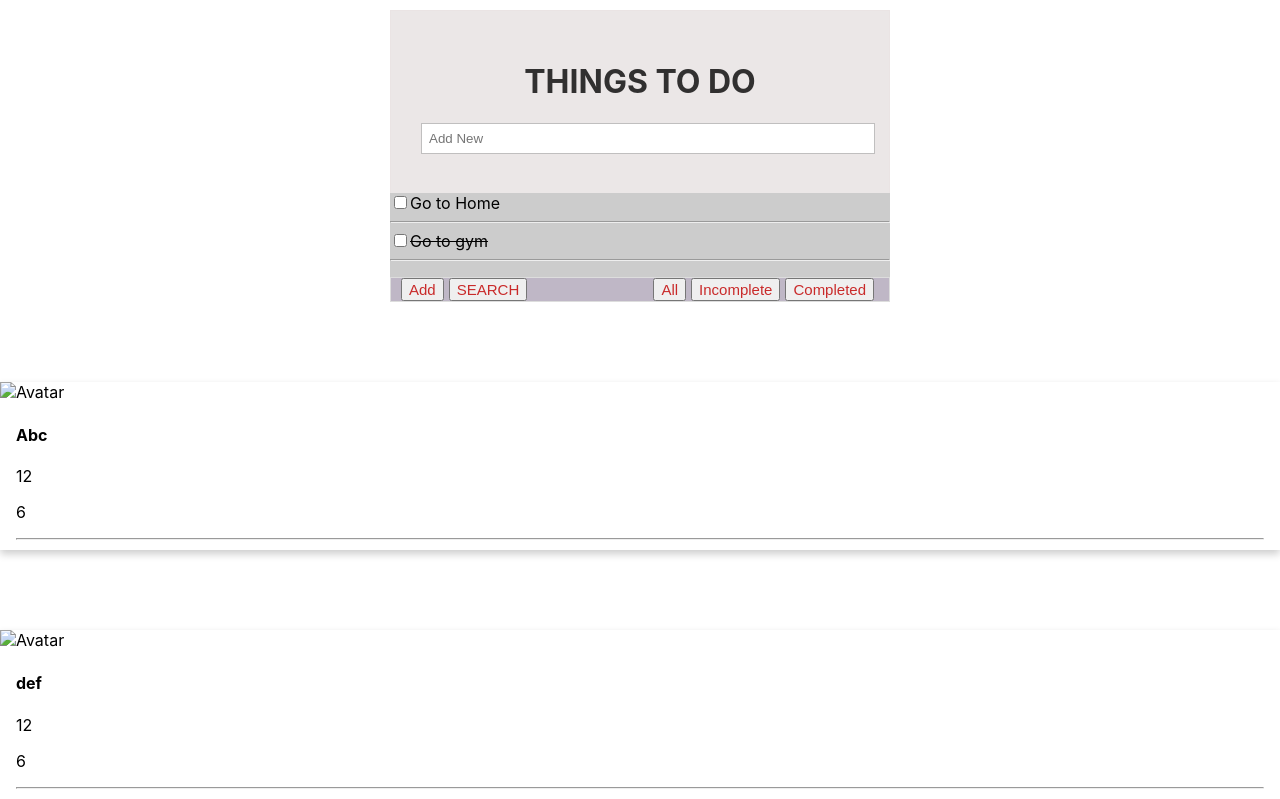
Repository: kirangautam45/To-Do-Application
Page: /
These files come from the project's save history. The page is drawn as it stood at one moment and after a run of saves; the edit follows.
The browser window is 1280 px wide. The pictures show the whole page.
The project was rebuilt for these pictures with package versions that can differ from the ones it lists, and the page was loaded fresh each time.

Above is the page before, as saved 2022-08-12 10:57:48.

### src/App.js
import "./App.css";
import Tittle from "./components/Tittle";
import Input from "./components/Input";
import ToDoItem from "./components/ToDoItem";
import Footer from "./components/Footer";
import Cards from "./components/cards";

const todos = [
  {
    task: "Go to Home",
    isCompleted: false,
  },
  {
    task: "Go to gym",
    isCompleted: true,
  },
];
const studentName = [
  { name: "Abc", rollNumber: 12, class: 6, },
  { name: "def", rollNumber: 12, class: 6 },
];

function App() {
  return (
    <>
      <div div className="Body">
        <div className="To_Body">
          <Tittle />
          <Input />
        </div>
        {todos.map((item, index) => (
          <ToDoItem
            key={index}
            title={item.task}
            isCompleted={item.isCompleted}
          />
        ))}
        <Footer />
      </div>

      {studentName.map((student,index)=>(
        <Cards
        key ={index}
        name={student.name}
        roll={student.rollNumber}
        class={student.class}

        />
      ))
      }

    </>
  );
}

export default App;

### src/App.css
.Body {
  background-color: #ccc;
 width: 500px;
 margin: 10px auto;
display: 'flex';

}
.Header{
  text-align: center;
  color:rgb(49, 48, 48);
}
.To_Body{
min-height: fit-content;
justify-content: center;
background-color: #ebe7e7;
padding: 30px;
border: 1px rgb(234, 228, 228);
    border-top-style: none;
    border-right-style: none;
    border-left-style: none;
border-style: solid solid none;
}
.Input_text{
  outline: none;
  width: 100%;
  padding: 7px;
  border: 1px solid  rgb(192, 191, 191);
  margin-bottom: 2%;
}
.Icon{
  justify-content:space-evenly;
  height: auto;
  flex-direction: row;
justify-content: space-between;
border: 1px solid #ddd;
background-color: #bfb7c6;
padding: 12px 20px;
text-decoration: line-through;
margin: 1em auto;
display: flex;
justify-content: space-between;
padding: 0 10px;
}

.Icon_right{
text-align: right;
flex-direction: row;

}
.Icon_button {
  height:auto;
  width: auto;
  align-items: left;
  color: rgb(201, 42, 42);
  font-size: 15px;
  margin-right: 5px;
  cursor: pointer;
  height: 1;
  padding: 5;
}
.Border{
  line-break: auto 1 ;
  border-radius: 1rem;
}
.Text{
  text-decoration: line-through;
    text-decoration-line: line-through;
    text-decoration-style: solid;
    text-decoration-color: currentcolor;
    text-decoration-thickness: auto;
}
.card {
  /* Add shadows to create the "card" effect */
  box-shadow: 0 4px 8px 0 rgba(0,0,0,0.2);
  transition: 0.3s;
  width: 18 rem;
  margin-block-start: 5rem;
}

/* On mouse-over, add a deeper shadow */
.card:hover {
  box-shadow: 0 8px 16px 0 rgba(0,0,0,0.2);
}

/* Add some padding inside the card container */
.container {
  padding: 2px 16px;
}

### src/components/Tittle.js
import React from 'react'

const Tittle = () => {
  return (
    <div>
      <h1 className="Header"> THINGS TO DO</h1>
    </div>
  )
}

export default Tittle

### src/components/Input.js
import React from 'react'

const Input = () => {
  return (
    <div>
      <input className="Input_text" placeholder="Add New" />
    </div>
  )
}

export default Input

### src/components/ToDoItem.js
import React from "react";

const ToDoItem = (props) => {
  return (
    <div className="Box">
      <input type="checkbox" />
      <span className={`${props.isCompleted ? "Text" : ""}`}>
        {props.title}{" "}
      </span>
      <hr />
    </div>
  );
};

export default ToDoItem;

### src/components/Footer.js
import React from 'react'

const Footer = () => {
  return (
    <div>
          <div className="Icon">
              <div>
                <button className="Icon_button">Add</button>
                <button className="Icon_button">SEARCH</button>
              </div>
              <div className="Icon_right">
                <button className="Icon_button">All</button>
                <button className="Icon_button">Incomplete</button>
                <button className="Icon_button">Completed</button>
              </div>
          </div>
    </div>
  )
}

export default Footer

### src/components/cards.js
import React from 'react'

const cards = (props) => {
  return (

       <div class="card">
  <img src={props.image} alt="Avatar"  width={100}/>
  <div class="container">
    <h4><b>{props.name}</b></h4>
    <p>{props.roll}</p>
    <p>{props.class}</p>
    <hr/>
  </div>
</div>
  )
}

export default cards

Loaded but not shown: public/index.html (common file); src/index.js (common file); src/index.css (common file)

After the next 3 saves:
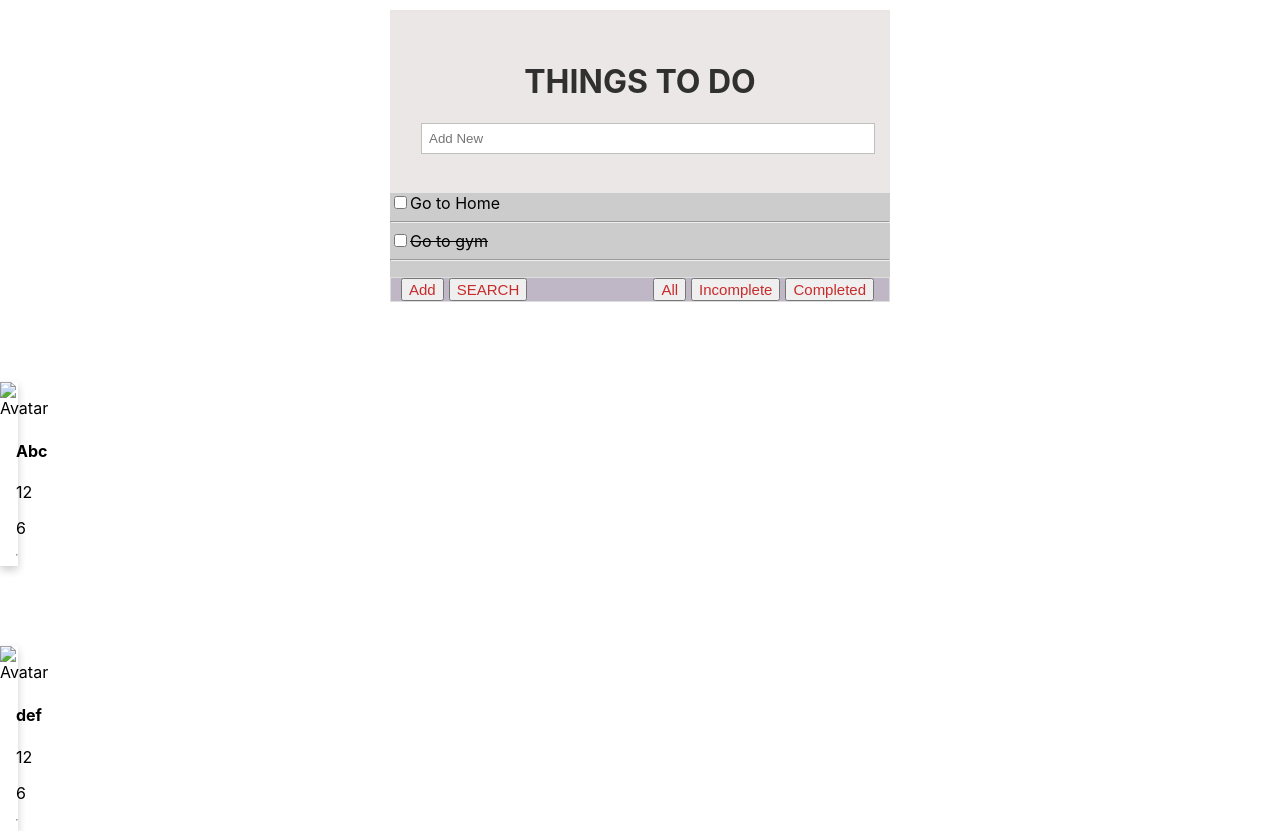
The 3 saves are shown as one change because they came seconds apart.
The last was saved 9 s later.
--- a/src/App.css
+++ b/src/App.css
@@ -73,7 +73,7 @@ flex-direction: row;
   /* Add shadows to create the "card" effect */
   box-shadow: 0 4px 8px 0 rgba(0,0,0,0.2);
   transition: 0.3s;
-  width: 18 rem;
+  width: 18px;
   margin-block-start: 5rem;
 }
 
